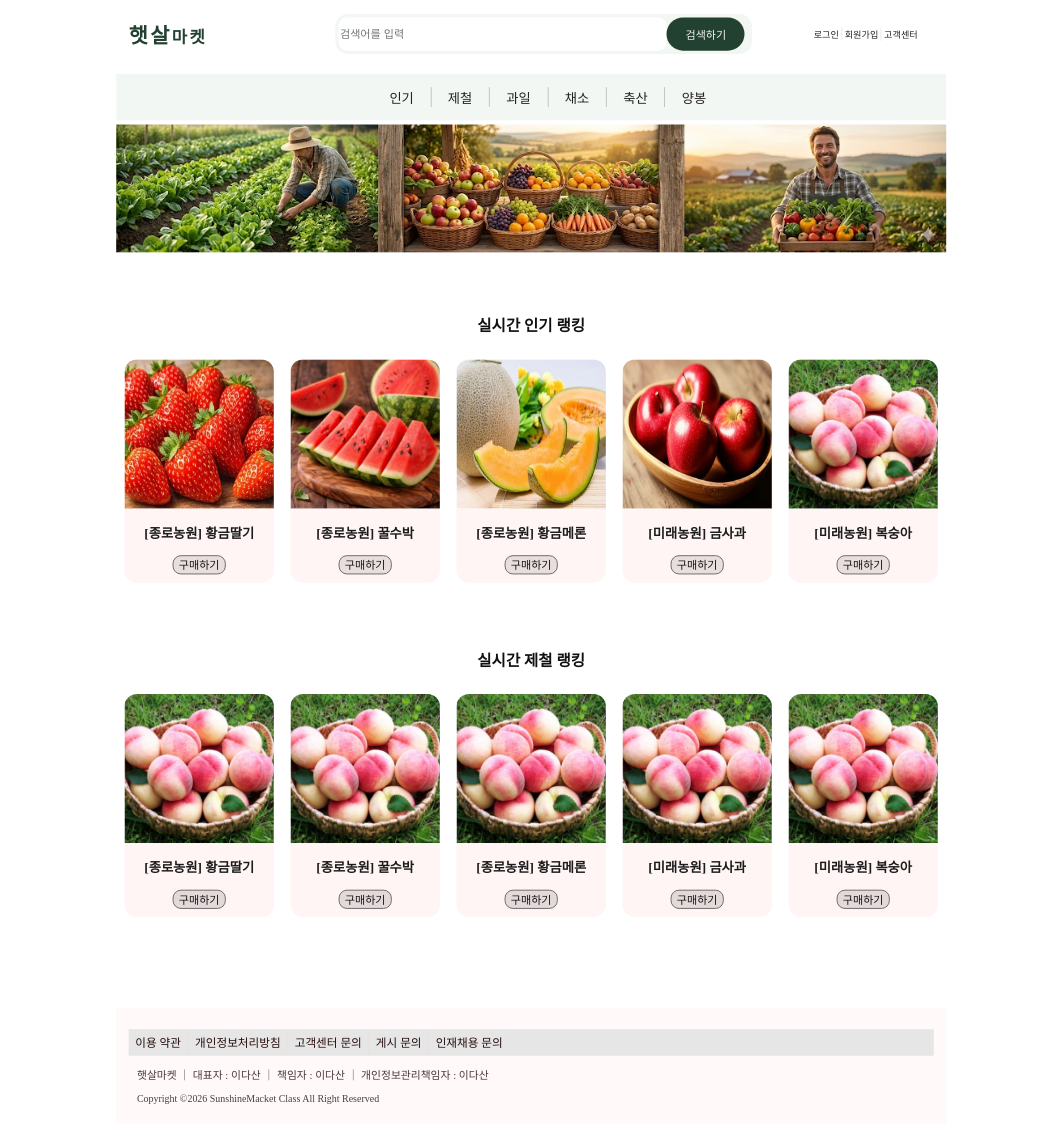
Repository: ham-zi/front-practice
Page: http://localhost/marketfresh/
These files come from the project's save history. The page is drawn as it stood at one moment and after the next save; the edit follows.
The browser window is 1280 px wide. The pictures show the whole page, at 83% of full size.
The page is served by Tomcat 9. Nobody is signed in. The application's start-up code is not run.

Above is the page before, as saved 2026-05-08 00:27:24.

After the next save:
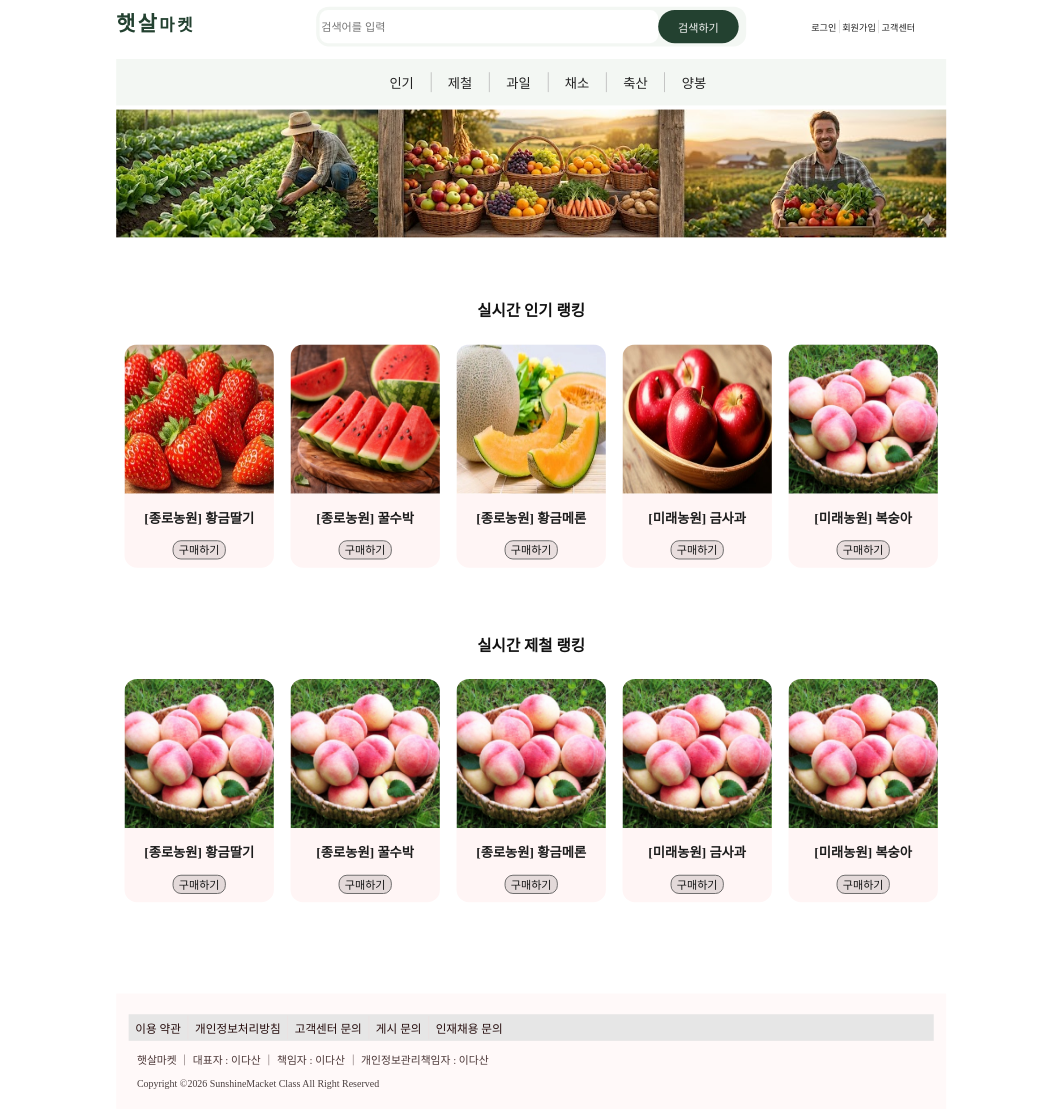
Saved 9 s later.
--- a/MINI_WEB-workspace/marketfresh/src/main/webapp/index.jsp
+++ b/MINI_WEB-workspace/marketfresh/src/main/webapp/index.jsp
@@ -49,7 +49,6 @@
             flex : 2;
             align-items: center;
     		justify-content: center;
-    		padding : 15px;
         }
 
         #header_2{
